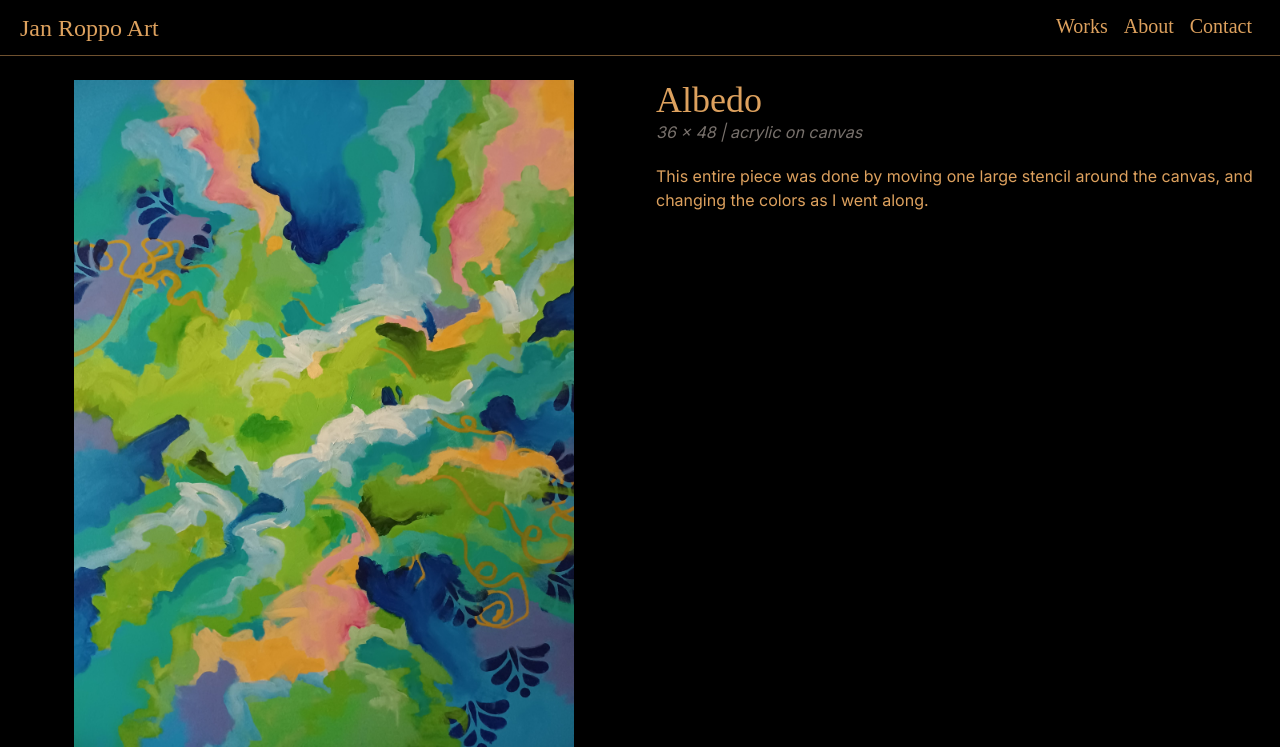
Repository: YanceMcFinn/JRArt
Page: /works/albedo
An editor plug-in stored every save of this project. The page is shown before and after the next save, followed by the edit.
The browser window is 1280 px wide. The pictures show the whole page.
The project was rebuilt for these pictures with package versions that can differ from the ones it lists, and the page was loaded fresh each time. The framework's server and built-in components were replaced by stand-ins that run in the browser. Also part of the build but not shown: next.config.js.

Above is the page before, as saved 2023-10-19 20:32:15.

### app/layout.js
import './globals.css'
import { Inter } from 'next/font/google'

import Navbar from './components/Navbar'

const inter = Inter({ subsets: ['latin'] })

export const metadata = {
  title: 'Jan Roppo Art',
  description: 'The art of Jan Roppo',
}

export default function RootLayout({ children }) {
  return (
    <html lang="en">
      <body className={inter.className}>
        <Navbar />
        {children}
      </body>
    </html>
  )
}

### app/works/[title]/page.js
import data from '../../../json/works.json'

import Image from 'next/image';


export function generateStaticParams() {
    let works = data
    const params = works.map((piece) => ({
      title: piece.title.replaceAll("?","")
    }))
    return params;
  }

function getPiece(params) {
  const piece = data.filter((piece)=> piece.title.toLowerCase().replaceAll("?","") == params.title.toLowerCase().replaceAll("%20"," "))
  return piece[0]}

export default function Work({params}){
  const piece = getPiece(params)
  console.log(piece)
  let srctest = `../../../public/static/img/${params.title.toLowerCase().replaceAll("%20", "_")}.jpg`
  const imgSrc = require(`../../../public/static/img/${params.title.toLowerCase().replaceAll("%20", "_")}.jpg`)
  return(
    <div className="flex flex-row px-2 mt-20 text-main-color">
      <div className="basis-1/2">
        <Image src={imgSrc}
          className='mx-auto max-h-screen'
          width={500}
          height={500}
          alt={piece.title} />
      </div>
      <div className="basis-1/2 px-4">
        <div className='text-4xl title'>{piece.title}</div>
        <div className='text-l text-stone-500 mb-5'><i>{piece.dimensions} | {piece.materials}</i></div>
        <p>{piece.description}</p>
      </div>

    </div>
  )
}

### app/globals.css
@tailwind base;
@tailwind components;
@tailwind utilities;

body {
 background-color: black;
}

.title {
    font-family: 'Macondo', cursive;
}

### app/components/Navbar.jsx
import React from "react";

const Navbar = () => {
    return(
    <>
    <div className="top-0 w-full h-14 bg-black px-5 py-3 text-main-color border-b border-b-main-color/50 fixed">
      <div className="float-left title text-2xl">
        <a className="hover:text-white" href="/">Jan Roppo Art</a>
      </div>
      <div className="float-right title text-xl">
        <ul>
        <li className="inline px-2">
            <a href="/" className="hover:text-white">Works</a>
          </li>
          <li className="inline px-2">
            <a href="/about" className="hover:text-white">About</a>
          </li>
          <li className="inline px-2">
            <a href="/contact" className="hover:text-white">Contact</a>
          </li>
        </ul>
      </div>
    </div>
    </>

    )
}

export default Navbar

### json/works.json
[
    {
        "title" : "Josephine",
        "id": 0,
        "dimensions": "36 x 36",
        "materials": "acrylic on canvas",
        "price": 750,
        "sold": false,
        "prints available": true,
        "description": "This started out being non-representational, and then I decided to add a figure to it. I am really enjoying using my foam rollers, and of course I added some stenciling to it."
    },
    {
        "title" : "Duo",
        "id": 1,
        "dimensions": "36 x 36",
        "materials": "acrylic on canvas",
        "price": 750,
        "sold": false,
        "prints available": true,
        "description": "This is two abstract figures in their finest red dresses, at a party somewhere fabulous."
    },
    {
        "title" : "Threshold",
        "id": 2,
        "dimensions": "24 x 36",
        "materials": "acrylic on canvas",
        "price": 600,
        "sold": false,
        "prints available": true,
        "description": "This is a figurative piece, with a stylized figure covered with stencils. There is also stenciling in the background and on the curtain. She is transitioning from one area and is poised on the threshold of something new."
    },
    {
        "title" : "Timepiece Sonata",
        "id": 3,
        "dimensions": "36 x 36",
        "materials": "acrylic on canvas",
        "price": 750,
        "sold": false,
        "prints available": true,
        "description": "This started with mark-making in charcoal, then sprayed, and then covered with a dark blue; then the other colors were added on top of that."
    },
    {
        "title" : "Tantes",
        "id": 4,
        "dimensions": "36 x 36",
        "materials": "acrylic on canvas",
        "price": 750,
        "sold": false,
        "prints available": true,
        "description": "I wanted a very tropical feel for this, something playful and whimsical, so I chose very cheerful colors and formed the figures out of areas of stenciling."
    },
    {
        "title" : "Tidepool",
        "id": 5,
        "dimensions": "16 x 16",
        "materials": "oil paint and cold wax on cradled board",
        "price": 250,
        "sold": false,
        "prints available": true,
        "description": "This piece was done with oil paint and cold wax, which is applied to the board with palette knives and scrapers. It is more textural than paint alone and can be scraped off of some areas or splattered with a thinning agent."
    },
    {
        "title" : "Ghostflower",
        "id": 6,
        "dimensions": "12 x 12",
        "materials": "oil paint and cold wax on cradled board",
        "price": 100,
        "sold": false,
        "prints available": true,
        "description": "This is another piece done with cold wax. The raised areas were done by using a stencil."
    },
    {
        "title" : "Replicant",
        "id": 7,
        "dimensions": "36 x 36",
        "materials": "acrylic on canvas",
        "price": 750,
        "sold": false,
        "prints available": false,
        "description": "This entire piece was done by moving one large stencil around the canvas, and changing the colors as I went along."
    },
    {
        "title" : "Do You Think So?",
        "id": 8,
        "dimensions": "24 x 30",
        "materials": "acrylic on canvas",
        "price": 600,
        "sold": false,
        "prints available": false,
        "description": "This was done by focusing on the features of a figure, and trying to keep it as abstract as possible."
    },
    {
        "title" : "Entr'acte",
        "id": 9,
        "dimensions": "36 x 36",
        "materials": "acrylic on canvas",
        "price": 750,
        "sold": false,
        "prints available": false,
        "description": "Here is a glamorous woman, on stage, perhaps. I used my favorite Pyrole red and some stenciling to create the beadwork on her gown."
    },
    {
        "title" : "Refractions",
        "id": 10,
        "dimensions": "30 x 40",
        "materials": "acrylic on canvas",
        "price": 700,
        "sold": false,
        "prints available": false,
        "description": "This is a non-representational piece that sort of developed by itself; I decided to mask off certain areas, and then lighten or darken whatever was next to them to create some contrast."
    },
    {
        "title" : "Pink Dragon",
        "id": 11,
        "dimensions": "30 x 24",
        "materials": "alcohol ink on canvas",
        "price": 350,
        "sold": false,
        "prints available": false,
        "description": "This was painted as a demonstration on how to use alcohol ink. The color pink is for breast cancer awareness."
    },
    {
        "title" : "Intersection",
        "id": 12,
        "dimensions": "12 x 12",
        "materials": "alcohol ink on canvas",
        "price": 100,
        "sold": false,
        "prints available": false,
        "description": "This is a small, colorful piece, used to demonstrate the characteristics of alcohol ink."
    },
    {
        "title" : "C Minor",
        "id": 13,
        "dimensions": "20 x 24",
        "materials": "mixed media on canvas",
        "price": 250,
        "sold": false,
        "prints available": false,
        "description": "This started with a charcoal scribble, that was sprayed, and afterward acrylic paint was added to it. It felt musical to me, with the suggestion of a keyboard."
    },
    {
        "title" : "Fathom",
        "id": 14,
        "dimensions": "20 x 20",
        "materials": "acrylic on canvas",
        "price": 250,
        "sold": false,
        "prints available": false,
        "description": "This is a small piece with a limited color palette, that slowly evolved into a sort of underwater theme."
    },
    {
        "title" : "Colonist",
        "id": 15,
        "dimensions": "24 x 30",
        "materials": "acrylic on canvas",
        "price": 600,
        "sold": false,
        "prints available": false,
        "description": "This is a figurative piece that I gave a very colorful background to. She appears to be a settler of some sort, but where?"
    },
    {
        "title" : "Sunbrella",
        "id": 16,
        "dimensions": "24 x 24",
        "materials": "acrylic on canvas",
        "price": 300,
        "sold": false,
        "prints available": false,
        "description": "This is a more romantic subject than I usually paint, but I was interested in the idea that white is never really white, but reflects all of the colors that are near it."
    },
    {
        "title" : "I Wish I May",
        "id": 17,
        "dimensions": "24 x 30",
        "materials": "acrylic on canvas",
        "price": 600,
        "sold": true,
        "prints available": false,
        "description": "This started out as a graphite scribble, and was developed from there. I tried to keep it loose and painterly, so it is full of 'happy accidents'."
    },
    {
        "title" : "Metamorphosis",
        "id": 18,
        "dimensions": "24 x 24",
        "materials": "acrylic on canvas",
        "price": 300,
        "sold": false,
        "prints available": false,
        "description": "This was intended to be dark and moody and slightly mysterious. There is a cocoon-like quality to it."
    },
    {
        "title" : "String 1",
        "id": 19,
        "dimensions": "12 x 16",
        "materials": "encaustic on cradled board",
        "price": 250,
        "sold": false,
        "prints available": false,
        "description": "This is a piece done completely with white encaustic wax. I was interested in the sculptural qualities of this medium, and eager to see what I could do with it. "
    },
    {
        "title" : "Family Time",
        "id": 20,
        "dimensions": "12 x 16",
        "materials": "acrylic on canvas",
        "price": 150,
        "sold": false,
        "prints available": true,
        "description": "This is a cheerful little painting, where the figures have been carved out of a patterned background."
    },
    {
        "title" : "Nebula",
        "id": 21,
        "dimensions": "16 x 20",
        "materials": "acrylic on canvas",
        "price": 200,
        "sold": false,
        "prints available": true,
        "description": "This is a small painting with a limited color palette, that is supposed to convey a feeling of lightness and spaciousness."
    },
    {
        "title" : "Oasis",
        "id": 22,
        "dimensions": "16 x 20",
        "materials": "acrylic on canvas",
        "price": 200,
        "sold": false,
        "prints available": true,
        "description": "This is a colorful little piece with a lot of energy and movement. It was fun to do."
    },
    {
        "title" : "Albedo",
        "id": 23,
        "dimensions": "36 x 48",
        "materials": "acrylic on canvas",
        "price": 1000,
        "sold": false,
        "prints available": true,
        "description": "This entire piece was done by moving one large stencil around the canvas, and changing the colors as I went along."
    },
    {
        "title" : "Serendipity",
        "id": 24,
        "dimensions": "24 x 24",
        "materials": "acrylic on canvas",
        "price": 300,
        "sold": false,
        "prints available": true,
        "description": "This is a very colorful abstract painting, with metallic gold accents that have been stenciled in."
    },
    {
        "title" : "Pisces",
        "id": 25,
        "dimensions": "36 x 36",
        "materials": "acrylic on canvas",
        "price": 750,
        "sold": false,
        "prints available": true,
        "description": "I wanted to create something that captured the essence of that zodiac sign, so the colors and shapes that I chose were watery and fantastical with a lot of contrast between dark and light."
    },
    {
        "title" : "Tiger",
        "id": 26,
        "dimensions": "36 x 36",
        "materials": "acrylic on canvas",
        "price": 750,
        "sold": false,
        "prints available": true,
        "description": "This is a very abstract floral painting, with some small areas of alcohol ink."
    },
    {
        "title" : "Reflection",
        "id": 27,
        "dimensions": "24 x 24",
        "materials": "acrylic on canvas",
        "price": 300,
        "sold": false,
        "prints available": true,
        "description": "This is a nice little painting, done with some rubber cement resist, and a little bit of stenciling."
    },
    {
        "title": "Sanctuary",
        "id": 28,
        "dimensions": "36 x 48",
        "materials": "acrylic on canvas",
        "price": 1000,
        "sold": true,
        "prints available": false,
        "description": "My goal with this was to see if I could successfully combine acrylic paint with areas of alcohol ink. I knew that the cells created by the ink would look like bubbles, so I decided on a watery theme, done in blues and greens."
    }
]

### tailwind.config.js
/** @type {import('tailwindcss').Config} */
module.exports = {
  content: [
    './pages/**/*.{js,ts,jsx,tsx,mdx}',
    './components/**/*.{js,ts,jsx,tsx,mdx}',
    './app/**/*.{js,ts,jsx,tsx,mdx}',
  ],
  theme: {
    extend: {
      backgroundImage: {
      },
      colors: {
        'main-color': '#dda15e'
      },
    },
  },
  plugins: [],
}

After the next save:
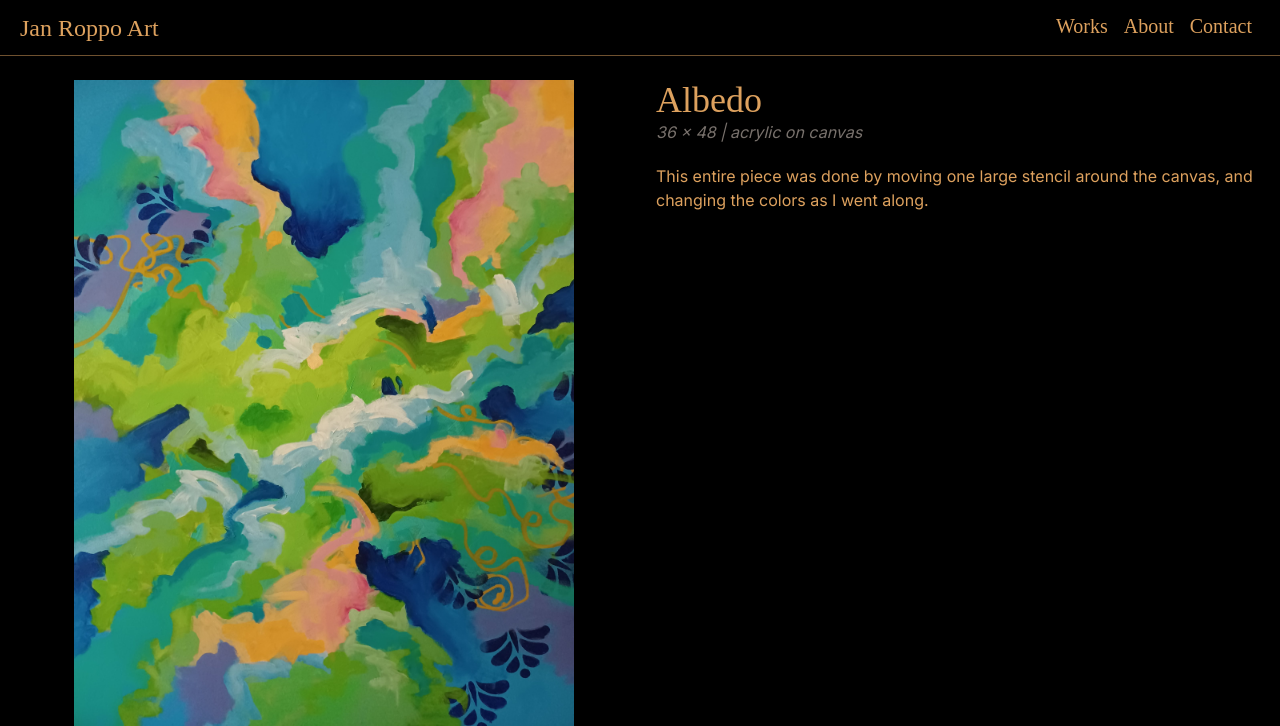
Saved 3 min 21 s later.
--- a/app/works/[title]/page.js
+++ b/app/works/[title]/page.js
@@ -24,7 +24,7 @@ export default function Work({params}){
     <div className="flex flex-row px-2 mt-20 text-main-color">
       <div className="basis-1/2">
         <Image src={imgSrc}
-          className='mx-auto max-h-screen'
+          className='mx-auto h-[calc(100vh-74px)]'
           width={500}
           height={500}
           alt={piece.title} />
